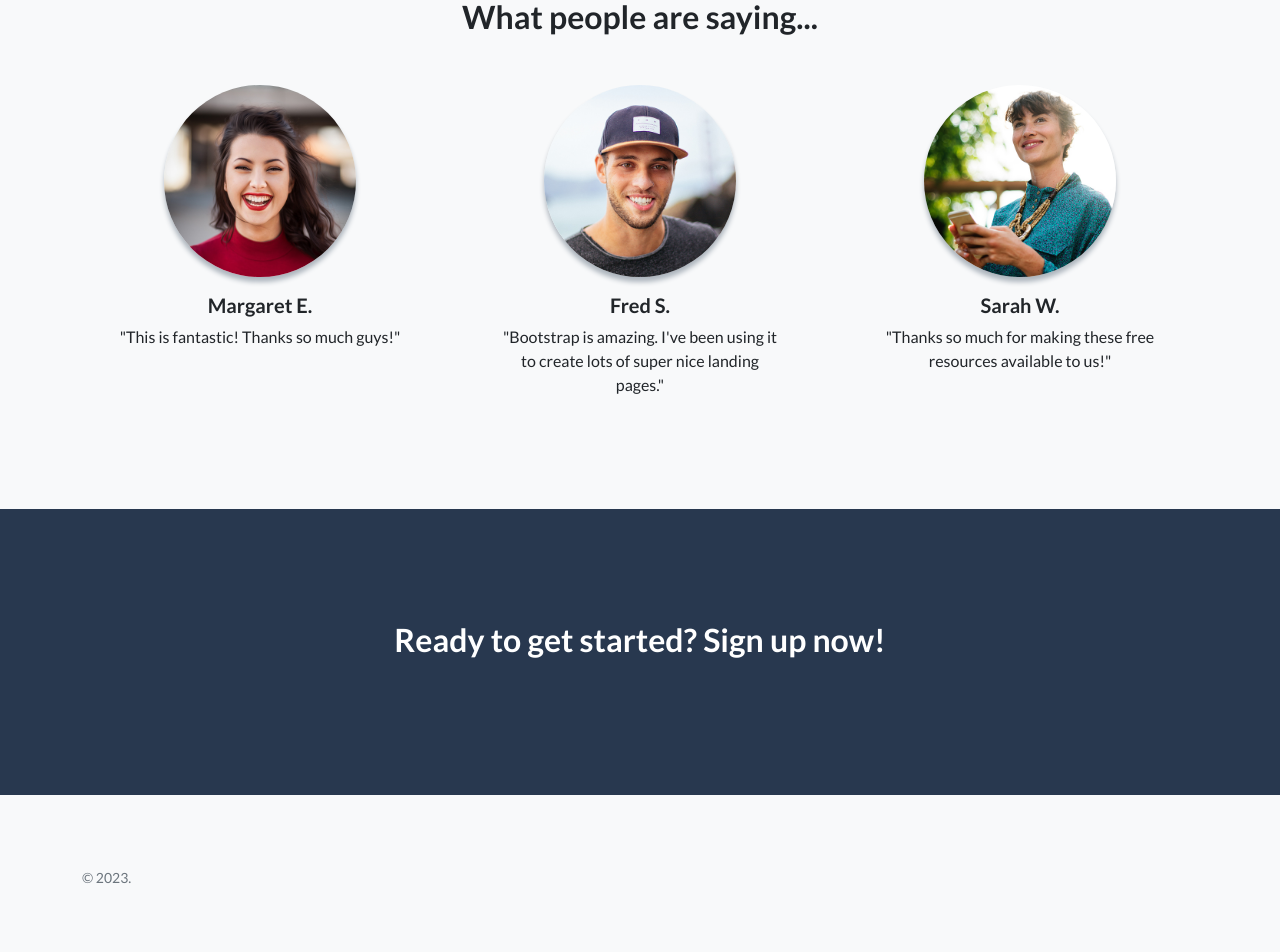
Repository: cmg9707/Devfox-spring-project
Page: http://localhost/DevJUS/WEB-INF/views/JUS/index.jsp
These files come from the project's save history. The page is drawn as it stood at one moment and after the next save; the edit follows.
The browser window is 1280 px wide. The pictures show the part of the page from y = 2563 to 3515 px (the page is 3515 px tall).
The page is served by Tomcat 9. Nobody is signed in. Other server files are loaded and not shown. The template is opened directly, without the code that normally fills it, so the values that code supplies are empty.

Above is the page before, as saved 2023-04-07 00:26:38.

### DevJUS/src/main/webapp/WEB-INF/views/JUS/index.jsp
<!DOCTYPE html>
<%@ page language="java" contentType="text/html; charset=UTF-8" pageEncoding="UTF-8"%>

<html lang="en">
    <head>
        <meta charset="utf-8" />
        <meta name="viewport" content="width=device-width, initial-scale=1, shrink-to-fit=no" />
        <meta name="description" content="" />
        <meta name="author" content="" />
        <title>공부 스터디</title>
        <!-- Favicon-->
        <link rel="icon" type="image/x-icon" href="assets/favicon.ico" />

        <!-- Bootstrap ! -->
  		<link href="https://cdn.jsdelivr.net/npm/bootstrap@5.3.0-alpha3/dist/css/bootstrap.min.css" rel="stylesheet" integrity="sha384-KK94CHFLLe+nY2dmCWGMq91rCGa5gtU4mk92HdvYe+M/SXH301p5ILy+dN9+nJOZ" crossorigin="anonymous">
        <script src="https://cdn.jsdelivr.net/npm/bootstrap@5.3.0-alpha3/dist/js/bootstrap.bundle.min.js" integrity="sha384-ENjdO4Dr2bkBIFxQpeoTz1HIcje39Wm4jDKdf19U8gI4ddQ3GYNS7NTKfAdVQSZe" crossorigin="anonymous"></script>
        <!-- Google fonts-->
        <link href="https://fonts.googleapis.com/css?family=Lato:300,400,700,300italic,400italic,700italic" rel="stylesheet" type="text/css" />
        <!-- Core theme CSS (includes Bootstrap)-->
        <link rel="stylesheet" href="/resources/css/styles.css">
    </head>
    <body>
        <!-- Navigation-->
        <nav class="navbar navbar-light bg-light static-top">
            <div class="container">
                <a class="navbar-brand" href="#!">스터디나라</a>
                <div class="dropdown">
 				 <button class="btn btn-primary dropdown-toggle " type="button" id="dropdownMenuButton1" data-bs-toggle="dropdown" aria-expanded="false">
  					  Sign Up
  				 </button>
  					<ul class="dropdown-menu" aria-labelledby="dropdownMenuButton1">
   					 <li><a class="dropdown-item" href="#">Action</a></li>
    				 <li><a class="dropdown-item" href="#">Another action</a></li>
                     <li><a class="dropdown-item" href="#">Something else here</a></li>
                   </ul>
                </div>
            </div>
        </nav>
        <!-- Masthead-->
        <header class="masthead">
            <div class="container position-relative">
                <div class="row justify-content-center">
                    <div class="col-xl-6">
                        <div class="text-center text-white">
                            <!-- Page heading-->
                            <h1 class="mb-5">어서오세요</h1>
                            <!-- Signup form-->


                        </div>
                    </div>
                </div>
            </div>
        </header>

        <section class="features-icons bg-light text-center">
            <div class="container">
                <div class="row">
                    <div class="col-lg-4">
                        <div class="features-icons-item mx-auto mb-5 mb-lg-0 mb-lg-3">
                            <div class="features-icons-icon d-flex"><i class="bi-window m-auto text-primary"></i></div>
                            <h3>편리함</h3>
                            <p class="lead mb-0">손쉬운 방법으로 스터디 모임 가능</p>
                        </div>
                    </div>
                    <div class="col-lg-4">
                        <div class="features-icons-item mx-auto mb-5 mb-lg-0 mb-lg-3">
                            <div class="features-icons-icon d-flex"><i class="bi-layers m-auto text-primary"></i></div>
                            <h3>공부 , 여가활동 , 취직</h3>
                            <p class="lead mb-0">어떤것이든 상관없이 모임 가능</p>
                        </div>
                    </div>
                    <div class="col-lg-4">
                        <div class="features-icons-item mx-auto mb-0 mb-lg-3">
                            <div class="features-icons-icon d-flex"><i class="bi-terminal m-auto text-primary"></i></div>
                            <h3>Easy to Use</h3>
                            <p class="lead mb-0">Ready to use with your own content, or customize the source files!</p>
                        </div>
                    </div>
                </div>
            </div>
        </section>
        <!-- Image Showcases-->
        <section class="showcase">
            <div class="container-fluid p-0">
                <div class="row g-0">
                    <div class="col-lg-6 order-lg-2 text-white showcase-img" style="background-image: url('/resources/css/img/bg-showcase-1.jpg')"></div>
                    <div class="col-lg-6 order-lg-1 my-auto showcase-text">
                        <h2>Fully Responsive Design</h2>
                        <p class="lead mb-0">When you use a theme created by Start Bootstrap, you know that the theme will look great on any device, whether it's a phone, tablet, or desktop the page will behave responsively!</p>
                    </div>
                </div>
                <div class="row g-0">
                    <div class="col-lg-6 text-white showcase-img" style="background-image: url('/resources/css/img/bg-showcase-2.jpg')"></div>
                    <div class="col-lg-6 my-auto showcase-text">
                        <h2>Updated For Bootstrap 5</h2>
                        <p class="lead mb-0">Newly improved, and full of great utility classes, Bootstrap 5 is leading the way in mobile responsive web development! All of the themes on Start Bootstrap are now using Bootstrap 5!</p>
                    </div>
                </div>
                <div class="row g-0">
                    <div class="col-lg-6 order-lg-2 text-white showcase-img" style="background-image: url('/resources/css/img/bg-showcase-3.jpg')"></div>
                    <div class="col-lg-6 order-lg-1 my-auto showcase-text">
                        <h2>Easy to Use & Customize</h2>
                        <p class="lead mb-0">Landing Page is just HTML and CSS with a splash of SCSS for users who demand some deeper customization options. Out of the box, just add your content and images, and your new landing page will be ready to go!</p>
                    </div>
                </div>
            </div>
        </section>
        <!-- Testimonials-->
        <section class="testimonials text-center bg-light">
            <div class="container">
                <h2 class="mb-5">What people are saying...</h2>
                <div class="row">
                    <div class="col-lg-4">
                        <div class="testimonial-item mx-auto mb-5 mb-lg-0">
                            <img class="img-fluid rounded-circle mb-3" src="/resources/css/img/testimonials-1.jpg" alt="..." />
                            <h5>Margaret E.</h5>
                            <p class="font-weight-light mb-0">"This is fantastic! Thanks so much guys!"</p>
                        </div>
                    </div>
                    <div class="col-lg-4">
                        <div class="testimonial-item mx-auto mb-5 mb-lg-0">
                            <img class="img-fluid rounded-circle mb-3" src="/resources/css/img/testimonials-2.jpg" alt="..." />
                            <h5>Fred S.</h5>
                            <p class="font-weight-light mb-0">"Bootstrap is amazing. I've been using it to create lots of super nice landing pages."</p>
                        </div>
                    </div>
                    <div class="col-lg-4">
                        <div class="testimonial-item mx-auto mb-5 mb-lg-0">
                            <img class="img-fluid rounded-circle mb-3" src="/resources/css/img/testimonials-3.jpg" alt="..." />
                            <h5>Sarah W.</h5>
                            <p class="font-weight-light mb-0">"Thanks so much for making these free resources available to us!"</p>
                        </div>
                    </div>
                </div>
            </div>
        </section>
        <!-- Call to Action-->
        <section class="call-to-action text-white text-center" id="signup">
            <div class="container position-relative">
                <div class="row justify-content-center">
                    <div class="col-xl-6">
                        <h2 class="mb-4">Ready to get started? Sign up now!</h2>
                        <!-- Signup form-->
                        <!-- * * * * * * * * * * * * * * *-->
                        <!-- * * SB Forms Contact Form * *-->
                        <!-- * * * * * * * * * * * * * * *-->
                        <!-- This form is pre-integrated with SB Forms.-->
                        <!-- To make this form functional, sign up at-->
                        <!-- https://startbootstrap.com/solution/contact-forms-->
                        <!-- to get an API token!-->

                    </div>
                </div>
            </div>
        </section>
        <!-- Footer-->
        <footer class="footer bg-light">
            <div class="container">
                <div class="row">
                    <div class="col-lg-6 h-100 text-center text-lg-start my-auto">
                        <ul class="list-inline mb-2">

                        </ul>
                        <p class="text-muted small mb-4 mb-lg-0">&copy; 2023.</p>
                    </div>
                    <div class="col-lg-6 h-100 text-center text-lg-end my-auto">
                        <ul class="list-inline mb-0">
                            <li class="list-inline-item me-4">
                                <a href="#!"><i class="bi-facebook fs-3"></i></a>
                            </li>
                            <li class="list-inline-item me-4">
                                <a href="#!"><i class="bi-twitter fs-3"></i></a>
                            </li>
                            <li class="list-inline-item">
                                <a href="#!"><i class="bi-instagram fs-3"></i></a>
                            </li>
                        </ul>
                    </div>
                </div>
            </div>
        </footer>
    </body>
</html>

Loaded but not shown: DevJUS/src/main/webapp/resources/css/styles.css (library)

After the next save:
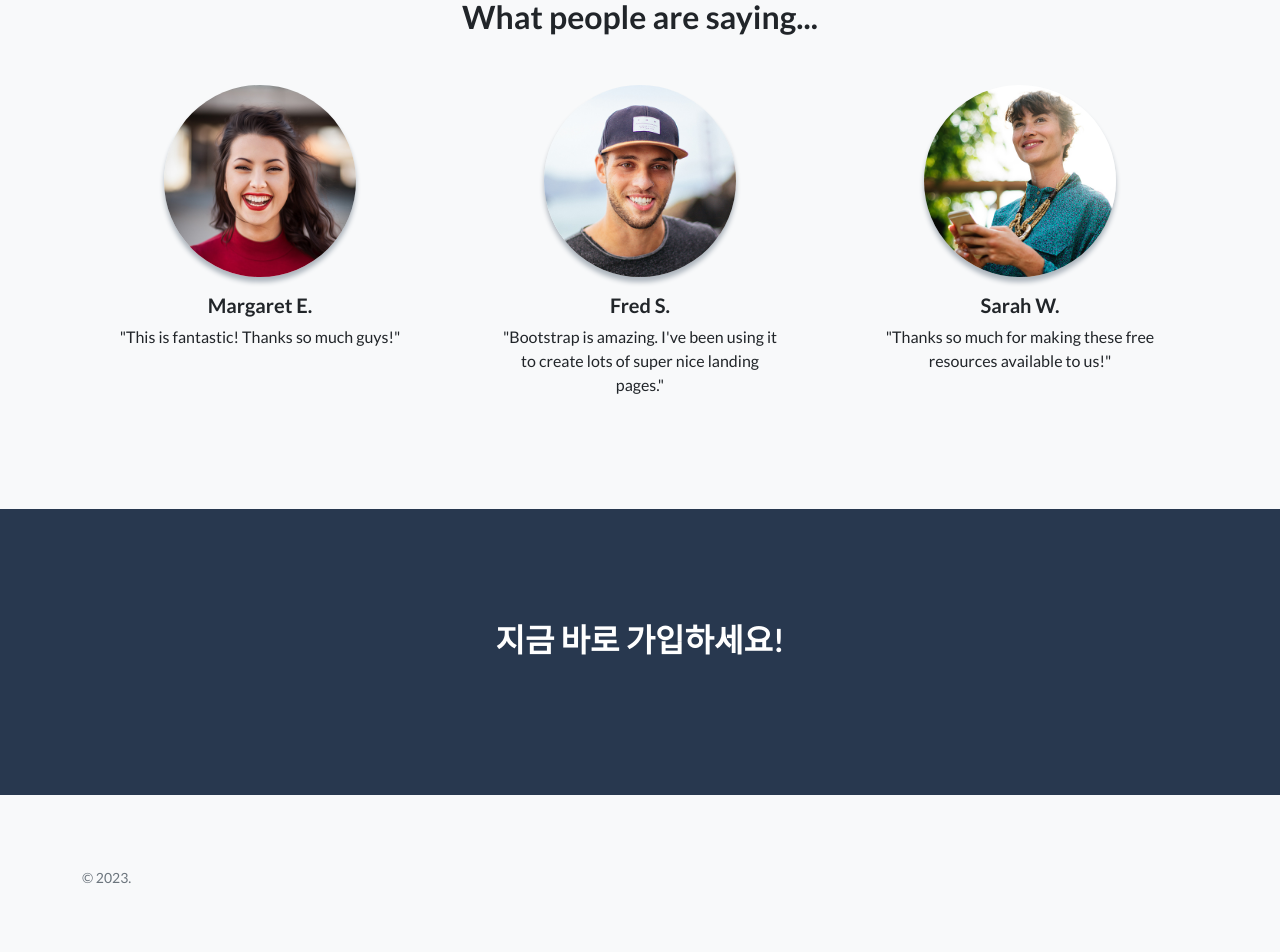
Saved 17 s later.
--- a/DevJUS/src/main/webapp/WEB-INF/views/JUS/index.jsp
+++ b/DevJUS/src/main/webapp/WEB-INF/views/JUS/index.jsp
@@ -140,15 +140,7 @@
             <div class="container position-relative">
                 <div class="row justify-content-center">
                     <div class="col-xl-6">
-                        <h2 class="mb-4">Ready to get started? Sign up now!</h2>
-                        <!-- Signup form-->
-                        <!-- * * * * * * * * * * * * * * *-->
-                        <!-- * * SB Forms Contact Form * *-->
-                        <!-- * * * * * * * * * * * * * * *-->
-                        <!-- This form is pre-integrated with SB Forms.-->
-                        <!-- To make this form functional, sign up at-->
-                        <!-- https://startbootstrap.com/solution/contact-forms-->
-                        <!-- to get an API token!-->
+                        <h2 class="mb-4">지금 바로 가입하세요!</h2>
 
                     </div>
                 </div>
